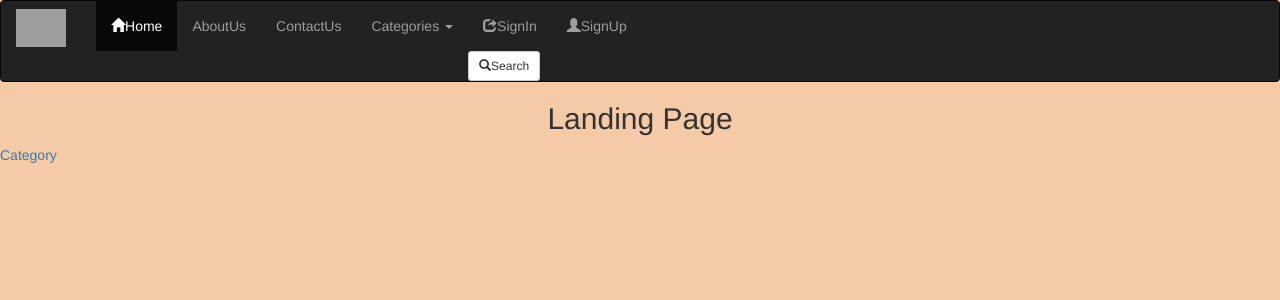
Repository: ananthi024/Java-Programs
Page: http://localhost/ClassyMissyFrontend/
These files come from the project's save history. The page is drawn as it stood at one moment and after the next save; the edit follows.
The browser window is 1280 px wide. The pictures show the whole page.
Pictures or frames that could not be fetched are drawn as grey boxes. Some web libraries are served in a nearby version. The page is served by Tomcat 9. Nobody is signed in. The application's start-up code is not run. Other server files are loaded and not shown.

Above is the page before, as saved 2017-06-24 06:39:00.
Console error (its wording comes from the project's code and is left out).

### MyProject-29.06.2017/ClassyMissyFrontend/src/main/webapp/index.jsp
<%@ page language="java" contentType="text/html"%>
<%@include file="WEB-INF/views/Header.jsp" %>
<h2 align="center">Landing Page</h2>
<a href="Category">Category</a>
</body>
</html>

### MyProject-29.06.2017/ClassyMissyFrontend/src/main/webapp/WEB-INF/views/Header.jsp
<%@ page language="java" contentType="text/html"%>

<html>
<head>
<title>Navbar Example</title>
<meta name="viewport" content="width=device-width,initial-scale=1">
<link rel="stylesheet" href="https://maxcdn.bootstrapcdn.com/bootstrap/3.3.7/css/bootstrap.min.css">
<script src="https://maxcdn.bootstrapcdn.com/bootstrap/3.3.7/js/bootstrap.min.js"></script>
<script src="https://ajax.googleapis.com/ajax/libs/jquery/3.1.1/jquery.min.js"></script>
</head>
<body style="background-color:#f5cba7">
<form action="gh">
<!-- Starting The Navbar Code -->
<nav class="navbar navbar-inverse">
<div class="container-fluid">

<div class="navbar-header">
<a class="navbar-brand" rel="home" href="#" title="The Exprssion of Pearl">
                <img style="max-width:50px; margin-top: -7px;"
                     src="E:\New folder\cma2.jpg">
            </a>
<a class="navbar-brand" href="Home.jsp"></a>
</div>


<ul class="nav navbar-nav">
<li class="active"><a href="Home.jsp"><span class="glyphicon glyphicon-home"></span>Home</a></li>
<li><a href="AboutUs">AboutUs</a></li>
<li><a href="ContactUs.jsp">ContactUs</a></li>
 <li class="dropdown"><a href="#" class="dropdown-toggle"
 data-toggle="dropdown" role="button" aria-haspopup="true"
 aria-expanded="false">Categories <span class="caret"></span></a>
          <ul class="dropdown-menu">
            <li><a href="#">Page 1</a></li>
            <li><a href="#">Page 2</a></li>
            <li><a href="#">Page 3</a></li>
          </ul></li>
<div class="nav navbar-nav navbar-right">
<li><a href="SignIn.jsp"><span class="glyphicon glyphicon-share"></span>SignIn </a></li>
<li><a href="Register.jsp"><span class="glyphicon glyphicon-user"></span>SignUp </a></li>

<!-- Search Button -->
 <p>
        <li><button type="button" class="btn btn-default btn-sm">
          <span class="glyphicon glyphicon-search"></span>Search
        </button></li>
      </p>
</div>
</ul>
</div>
</nav>
</form>
</body>
</html>

After the next save:
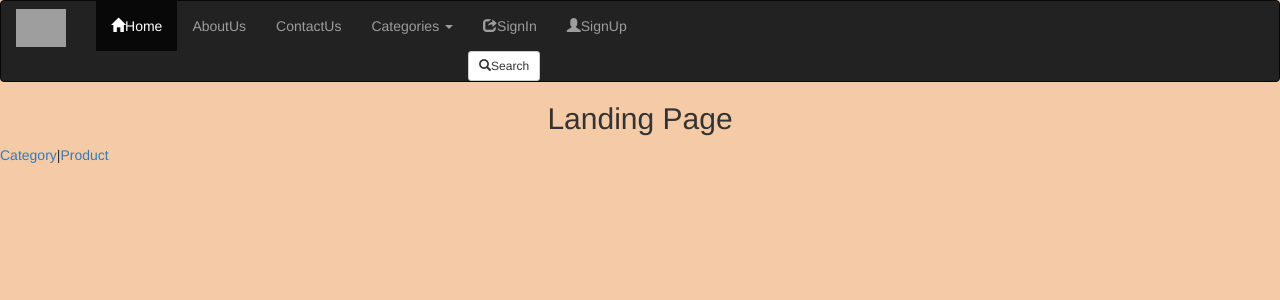
Saved 3 min 11 s later.
--- a/MyProject-29.06.2017/ClassyMissyFrontend/src/main/webapp/index.jsp
+++ b/MyProject-29.06.2017/ClassyMissyFrontend/src/main/webapp/index.jsp
@@ -1,6 +1,6 @@
 <%@ page language="java" contentType="text/html"%>
 <%@include file="WEB-INF/views/Header.jsp" %>
 <h2 align="center">Landing Page</h2>
-<a href="Category">Category</a>
+<a href="Category">Category</a>|<a href="Product">Product</a>
 </body>
 </html>
